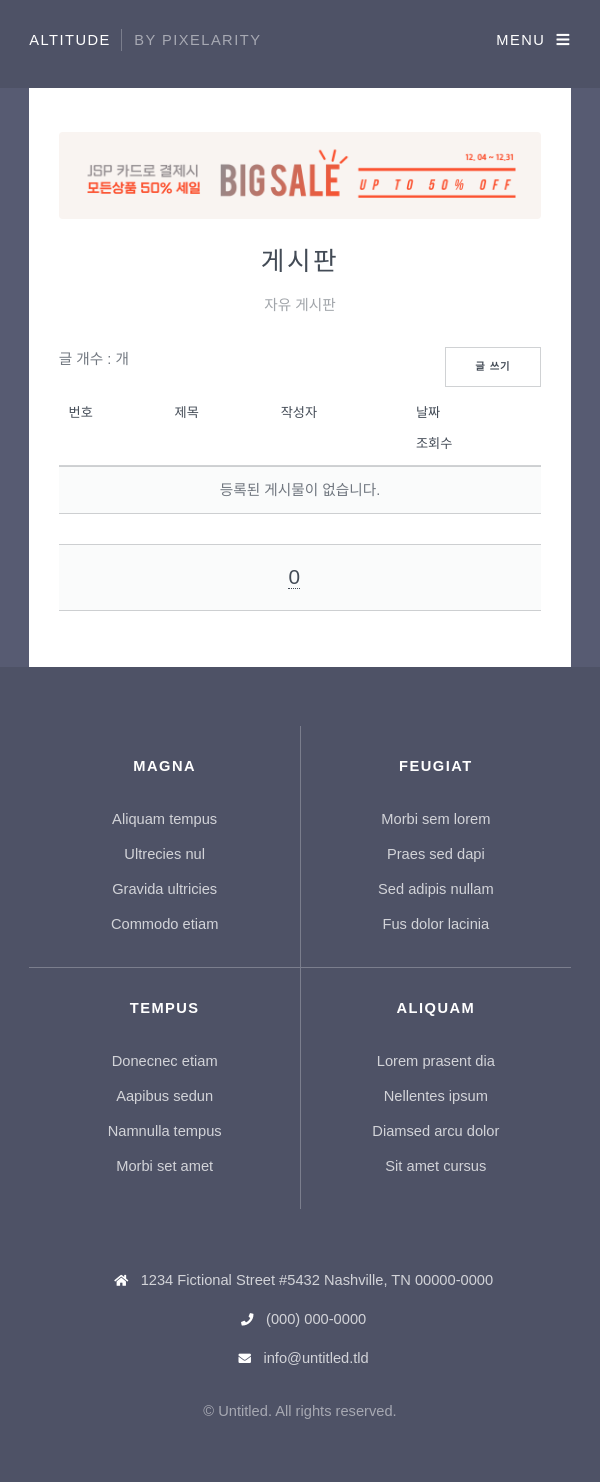
Repository: kkkukkk/Study-JSP
Page: http://localhost/boardMVC/app/board/boardList.jsp
An editor plug-in stored every save of this project. The page is shown before and after a run of saves, followed by the edit.
The browser window is 600 px wide. The pictures show the whole page.
Some web fonts or font styles are not loaded; a fallback is used. The page is served by Tomcat 9. Other server files are loaded and not shown.

Above is the page before, as saved 2022-02-23 06:47:04.

### workspace/boardMVC/WebContent/app/board/boardList.jsp
<%@ page language="java" contentType="text/html; charset=UTF-8"
    pageEncoding="UTF-8"%>
<%@ taglib uri="http://java.sun.com/jsp/jstl/core" prefix="c" %>
<%@ taglib uri="http://java.sun.com/jsp/jstl/functions" prefix="fn" %>
<!DOCTYPE HTML>
<!--
	Altitude by Pixelarity
	pixelarity.com | hello@pixelarity.com
	License: pixelarity.com/license
-->
<html>
	<head>
		<title>게시글 목록</title>
		<meta charset="utf-8" />
		<meta name="viewport" content="width=device-width, initial-scale=1, user-scalable=no" />
		<link rel="stylesheet" href="${pageContext.request.contextPath}/assets/css/main.css" />
		<style>
			table tbody tr{
				background-color:rgb(245 246 246 / 48%) !important;
			}

			.web-view {
				display:block;
			}

		</style>
	</head>
	<body class="is-preload">

		<c:set var="boardList" value="${boardList}"/>
		<c:set var="page" value="${page}"/>
		<c:set var="startPage" value="${startPage}"/>
		<c:set var="endPage" value="${endPage}"/>
		<c:set var="realEndPage" value="${realEndPage}"/>
		<c:set var="total" value="${total}"/>

		<!-- Page Wrapper -->
			<div id="page-wrapper">

				<!-- Wrapper -->
					<div class="wrapper">
						<div class="inner">
							<jsp:include page="/app/fix/header.jsp"/>
						</div>
					</div>

				<!-- Wrapper -->
					<div class="wrapper">
						<div class="inner">

							<!-- Main -->
								<section class="main">
									<a href="#" class="image main"><img src="${pageContext.request.contextPath}/images/boardMain.png" alt="" /></a>
									<header class="major">
										<h1>게시판</h1>
										<p>자유 게시판</p>
									</header>

									<div class="table-wrapper">
										<div style="display:flex; justify-content:space-between;">
											<span>글 개수 : ${total}개</span>
											<button style="border-radius:0;">글 쓰기</button>
										</div>
										<table>
											<caption style="text-align:left; margin-bottom:3%;">

											</caption>
											<thead>
												<tr>
													<th>번호</th>
													<th>제목</th>
													<th>작성자</th>
													<th class="web-view">날짜</th>
													<th class="web-view">조회수</th>
												</tr>
											</thead>
											<tbody>
												<c:choose>
													<c:when test="${boardList != null and fn:length(boardList) > 0}">
														<c:forEach var="board" items="${boardList}">
															<tr>
																<td>${board.getBoardNumber()}</td>
																<td>
																	<a href="#">${board.getBoardTitle()}</a>
																</td>
																<td>${board.getMemberId()}</td>
																<td class="web-view">${board.getBoardDate()}</td>
																<td class="web-view">${board.getReadCount()}</td>
															</tr>
														</c:forEach>
													</c:when>
													<c:otherwise>
														<tr>
															<td colspan="5" align="center">등록된 게시물이 없습니다.</td>
														</tr>
													</c:otherwise>
												</c:choose>
											</tbody>
										</table>

										<!-- 페이징 처리 -->
										<table style="font-size:1.3rem">
											<tr align="center" valign="middle">
												<td>
													<c:if test="${startPage > 1}">
														<a href="${pageContext.request.contextPath}/board/BoardListOk.bo?page=${startPage - 1}">&lt;</a>
													</c:if>

													<c:forEach var="i" begin="${startPage}" end="${endPage}">
														<c:choose>
															<c:when test="${i eq page}">
																<c:out value="${i}"/>&nbsp;&nbsp;
															</c:when>
															<c:otherwise>
																<a href="${pageContext.request.contextPath}/board/BoardListOk.bo?page=${i}"><c:out value="${i}"/></a>&nbsp;&nbsp;
															</c:otherwise>
														</c:choose>
													</c:forEach>

													<c:if test="${endPage < realEndPage}">
														<a href="${pageContext.request.contextPath}/board/BoardListOk.bo?page=${endPage + 1}">&gt;</a>
													</c:if>
												</td>
											</tr>
										</table>
									</div>
								</section>
						</div>
					</div>

				<!-- Wrapper -->
					<div class="wrapper">
						<div class="inner">

							<!-- Footer -->
								<footer id="footer">
									<section class="links">
										<div>
											<h3>Magna</h3>
											<ul class="plain">
												<li><a href="#">Aliquam tempus</a></li>
												<li><a href="#">Ultrecies nul</a></li>
												<li><a href="#">Gravida ultricies</a></li>
												<li><a href="#">Commodo etiam</a></li>
											</ul>
										</div>
										<div>
											<h3>Feugiat</h3>
											<ul class="plain">
												<li><a href="#">Morbi sem lorem</a></li>
												<li><a href="#">Praes sed dapi</a></li>
												<li><a href="#">Sed adipis nullam</a></li>
												<li><a href="#">Fus dolor lacinia</a></li>
											</ul>
										</div>
										<div>
											<h3>Tempus</h3>
											<ul class="plain">
												<li><a href="#">Donecnec etiam</a></li>
												<li><a href="#">Aapibus sedun</a></li>
												<li><a href="#">Namnulla tempus</a></li>
												<li><a href="#">Morbi set amet</a></li>
											</ul>
										</div>
										<div>
											<h3>Aliquam</h3>
											<ul class="plain">
												<li><a href="#">Lorem prasent dia</a></li>
												<li><a href="#">Nellentes ipsum</a></li>
												<li><a href="#">Diamsed arcu dolor</a></li>
												<li><a href="#">Sit amet cursus</a></li>
											</ul>
										</div>
									</section>
									<ul class="contact-icons">
										<li class="icon solid fa-home">1234 Fictional Street #5432 Nashville, TN 00000-0000</li>
										<li class="icon solid fa-phone"><a href="#">(000) 000-0000</a></li>
										<li class="icon solid fa-envelope"><a href="#">info@untitled.tld</a></li>
									</ul>
									<p class="copyright">&copy; Untitled. All rights reserved.</p>
								</footer>

						</div>
					</div>

			</div>

		<!-- Scripts -->
			<script src="${pageContext.request.contextPath}/assets/js/jquery.min.js"></script>
			<script src="${pageContext.request.contextPath}/assets/js/browser.min.js"></script>
			<script src="${pageContext.request.contextPath}/assets/js/breakpoints.min.js"></script>
			<script src="${pageContext.request.contextPath}/assets/js/util.js"></script>
			<script src="${pageContext.request.contextPath}/assets/js/main.js"></script>

	</body>
</html>

### workspace/boardMVC/WebContent/app/fix/header.jsp
<%@ page language="java" contentType="text/html; charset=UTF-8"
    pageEncoding="UTF-8"%>
<%@ taglib uri="http://java.sun.com/jsp/jstl/core" prefix="c" %>
<header id="header">
	<a href="index.html" class="logo">Altitude <span>by Pixelarity</span></a>
	<nav>
		<ul>
			<li><a href="#menu">Menu</a></li>
		</ul>
	</nav>
</header>

<!-- Nav -->
<nav id="menu">
	<ul class="actions stacked">
		<c:choose>
			<c:when test="${memberNumber eq null}">
				<li><a href="${pageContext.request.contextPath }/member/MemberJoin.me" class="button primary fit">회원가입</a></li>
				<li><a href="${pageContext.request.contextPath }/member/MemberLogin.me" class="button fit">로그인</a></li>
			</c:when>
			<c:otherwise>
				<li><a href="${pageContext.request.contextPath }/member/MemberLogout.me" class="button fit">로그아웃</a></li>
			</c:otherwise>
		</c:choose>
	</ul>
</nav>

Loaded but not shown: workspace/boardMVC/WebContent/assets/js/jquery.min.js (library); workspace/boardMVC/WebContent/assets/js/browser.min.js (common file); workspace/boardMVC/WebContent/assets/js/breakpoints.min.js (common file); workspace/boardMVC/WebContent/assets/css/fontawesome-all.min.css (library); workspace/boardMVC/WebContent/assets/js/util.js (587 lines, source omitted); workspace/boardMVC/WebContent/assets/js/main.js (337 lines, source omitted); workspace/boardMVC/WebContent/assets/css/main.css (5511 lines, source omitted)

After the next 2 saves:
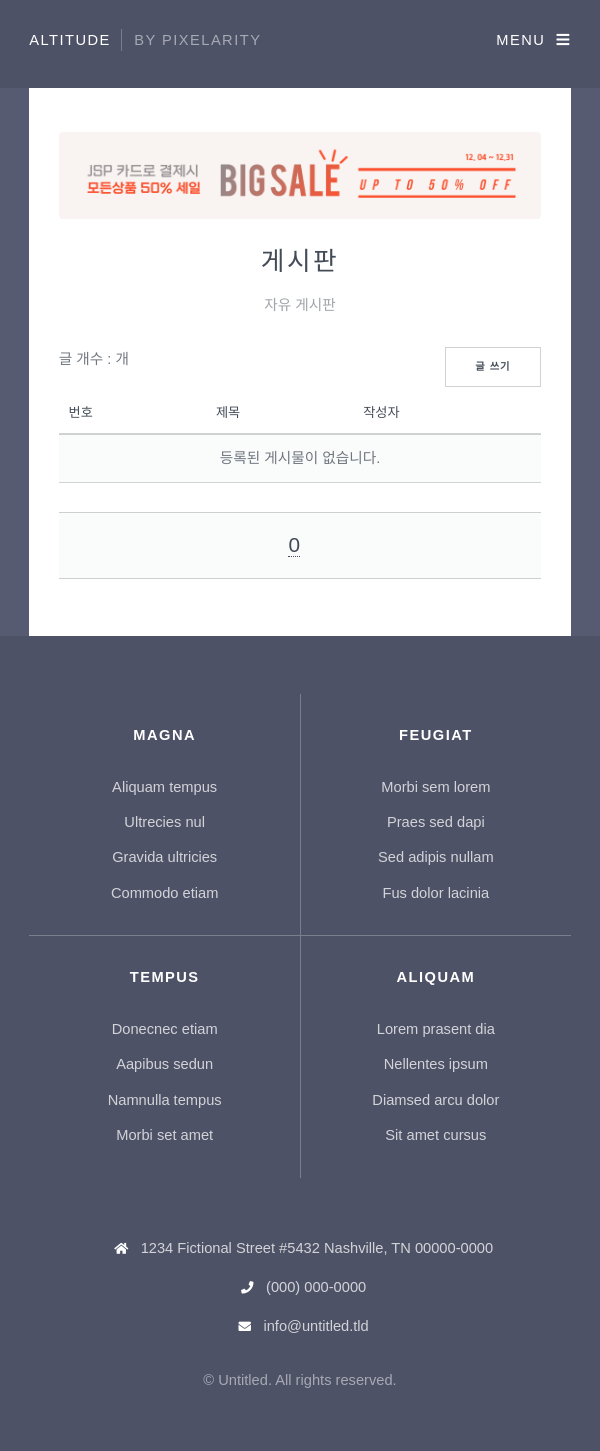
The 2 saves are shown as one change because they came seconds apart.
The last was saved 64 s later.
--- a/workspace/boardMVC/WebContent/app/board/boardList.jsp
+++ b/workspace/boardMVC/WebContent/app/board/boardList.jsp
@@ -18,9 +18,14 @@
 			table tbody tr{
 				background-color:rgb(245 246 246 / 48%) !important;
 			}
-
 			.web-view {
 				display:block;
+			}
+
+			@media(max-width:660px){
+				.web-view {
+					display:none;
+				}
 			}
 
 		</style>
